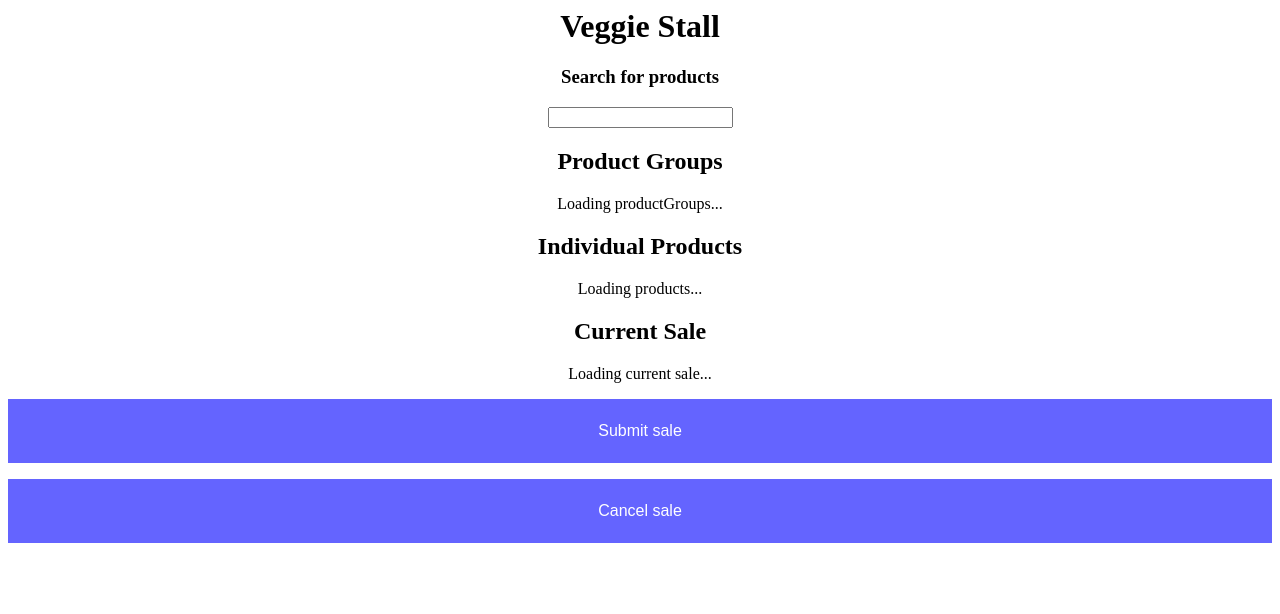
Repository: Keristero/SDV701-Assignment
Page: SDV701-Assignment/mobile-client/client/sale.html
The author's editor kept a record of every edit. The page is drawn from the files as they stood at one moment, then again after the next edit.
The browser window is 1280 px wide. The pictures show the whole page.
The page's requests for data from a server got no answer.

Above is the page before.
Console error (its wording comes from the project's code and is left out).

### SDV701-Assignment/mobile-client/client/sale.html
<head>
    <meta name="viewport" content="width=device-width,height=device-height initial-scale=1">
    <style>
        #div_main{
            text-align:center;
        }
        div{
        }

        .wideButton{
            width:100%;
            margin-top:1em;
            height:4em;
            background-color: rgb(100,100,255);
            border: none;
            text-decoration: none;
            color:white;
            font-size:1em;
        }

        .clsProductGroup{
            border-style: solid;
            border-width: 2px;
            margin-top: 0.5em;
        }

        .clsProduct{
            background-color: rgb(220,240,220);
        }

        .clsSale{
            text-align: left;
            background-color: rgba(100,100,255,0.2);
        }

    </style>
    <script src="cls/clsDbObject.js"></script>
    <script src="cls/clsProduct.js"></script>
    <script src="cls/clsProductGroup.js"></script>
    <script src="cls/clsSale.js"></script>
    <script src="cls/clsSold.js"></script>
    <script src="DatabaseConnector.js"></script>
    <script src="sale.js" defer></script>
</head>

<body>
    <div id="div_main">
        <h1>Veggie Stall</h1>
        <h3>Search for products</h3>
        <p><input type="text" id="txt_searchProducts"></p>
        <h2>Product Groups</h2>
        <div id="div_productGroups">
            Loading productGroups...
        </div>
        <h2>Individual Products</h2>
        <div id="div_products">
            Loading products...
        </div>
        <h2>Current Sale</h2>
        <div id="div_sale">
            Loading current sale...
        </div>
        <button class="wideButton" id="btn_submitSale">Submit sale</button>
        <button class="wideButton" id="btn_cancelSale">Cancel sale</button>
    </div>
</body>

### SDV701-Assignment/mobile-client/client/cls/clsDbObject.js
class clsDbObject {
    constructor(dataObject) {
        for (let property in dataObject) {
            let value = dataObject[property]
            this[property] = value;
        }
        console.log(this)
    }
    getFormattedDateString(dateString){
        let d = new Date(dateString)
        return `${d.getDate()}/${d.getMonth()}/${d.getFullYear()}`
    }
    generateQuickGuid() {
        //Code from https://stackoverflow.com/questions/105034/create-guid-uuid-in-javascript Jeff Ward
        return Math.random().toString(36).substring(2, 15) + Math.random().toString(36).substring(2, 15);
    }
}

### SDV701-Assignment/mobile-client/client/cls/clsProduct.js
/* globals clsDbObject currentSale renderedProductUIDs*/

window.clsProduct = class clsProduct extends clsDbObject{
    constructor(dataObject){
        super(dataObject)

    }
    toHTML(renderedProductUIDs,searchBoxText){
        let str = ""
        //Return early if the product HTML has already been generated
        if(renderedProductUIDs.hasOwnProperty(this.UID)){
            return str
        }
        //Return early if the product name is not in the searchbox
        if(!this.Name.toLowerCase().includes(searchBoxText.toLowerCase())){
            return str
        }

        str+= `<div class=${this.constructor.name} id=${this.UID}>`
        str+= `<h3>${this.Name}</h3>`
        //The section below generates a combo box with all the products price options
        str+= `<select id="sel_${this.UID}">`
        for(let priceID in this.Prices){
            str+= `<option value="${priceID}">${this.Prices[priceID].priceType}</option>`
        }
        str+= `</select>`
        //The section below generates a input box for the quantity
        str+= `<input id="txt_${this.UID}" type="number"></input>`
        str+= `<button id="btn_${this.UID}">Add to order</button>`
        str+= `<p>last updated: ${this.getFormattedDateString(this.LastModified)}</p>`
        str+= `</div>`

        renderedProductUIDs[this.UID] = true;

        return str
    }
    prepareButton(){
        document.getElementById(`btn_${this.UID}`).onclick = (()=>{
            this.addToOrder();
        })
    }
    addToOrder(sale){
        let priceTypeSelector = document.getElementById(`sel_${this.UID}`)
        let priceTypeID = priceTypeSelector.value
        let quantityInputBox = document.getElementById(`txt_${this.UID}`)
        let quantity = quantityInputBox.value
        currentSale.addProduct(this,priceTypeID,quantity)
    }
}

### SDV701-Assignment/mobile-client/client/cls/clsProductGroup.js
/* globals clsDbObject products*/

window.clsProductGroup = class clsProductGroup extends clsDbObject{
    constructor(dataObject){
        super(dataObject)
    }
    get productReferences(){
        let productReferences = {};
        this.ProductUIDs.forEach((productUID)=>{
            if(products.hasOwnProperty(productUID)){
                //If a product with the given id exists (has not been deleted)
                productReferences[productUID] = products[productUID]
            }
        })
        //Return dictionary containing references to product objects indexed by ID
        return productReferences;
    }
    toHTML(renderedProductUIDs,searchBoxText){
        let str = ""
        //Return early if the product name is not in the searchbox
        if(!this.Name.toLowerCase().includes(searchBoxText.toLowerCase())){
            return str
        }
        str+= `<div class=${this.constructor.name} id=${this.UID}>`
        str+= `<h2>${this.Name}</h2>`
        let prodRefs = this.productReferences
        for(let prodID in prodRefs){
            str += prodRefs[prodID].toHTML(renderedProductUIDs,"")
        }
        str+= `</div>`
        return str
    }
}

### SDV701-Assignment/mobile-client/client/cls/clsSale.js
/* globals clsDbObject */

window.clsSale = class clsSale extends clsDbObject{
    constructor(){
        super({})
        this.UID = this.generateQuickGuid()
        this.Total = 0
        this.Date = new Date().toISOString();
        this.Sold = {}
    }
    addProduct(pProduct,priceUID,quantity){
        console.log(`Adding ${pProduct.Name} to sale`)
        let newSoldItem = new clsSold(pProduct.Prices[priceUID],pProduct.UID,quantity)
        console.log("new sold item",newSoldItem);
        this.Sold[newSoldItem.UID] = newSoldItem
        this.Total = this.calculateTotal();
        updateSaleHTML();
    }
    calculateTotal(){
        let newTotal = 0;
        for(let soldID in this.Sold){
            newTotal += this.Sold[soldID].Price*this.Sold[soldID].Quantity
        }
        return newTotal;
    }
    toHTML(){
        let str = ""
        str+= `<div class=${this.constructor.name} id=${this.UID}>`
        str+= `<h3>Order Total = $${this.Total}</h3>`
        for(let soldID in this.Sold){
            str += this.Sold[soldID].toHTML()
        }
        str+= `</div>`
        return str
    }
}

### SDV701-Assignment/mobile-client/client/cls/clsSold.js
/* globals clsDbObject products*/

window.clsSold = class clsSold extends clsDbObject{
    constructor(pPriceObject,pProductUID,pQuantity){
        super({})
        this.UID = this.generateQuickGuid()
        this.Type = pPriceObject.priceType
        this.Price = pPriceObject.priceAmount
        this.Quantity = pQuantity
        this.ProductUID = pProductUID
    }
    toHTML(){
        let str = ""
        str+= `<div class=${this.constructor.name} id=${this.UID}>`
        str+= `<p><b>${products[this.ProductUID].Name}</b> Type<b> ${this.Type} </b>Price<b> $${this.Price}</b></p>`
        str+= `</div>`
        return str
    }
}

### SDV701-Assignment/mobile-client/client/DatabaseConnector.js
class DatabaseConnector {
    constructor(pdatabaseURL) {
        this.databaseURL = pdatabaseURL || 'https://veggiestall-database-keristero.c9users.io'
    }
    request(requestType, path, data) {
        return new Promise((resolve, reject) => {
            let XHR = new XMLHttpRequest();
            let searchParams = new URLSearchParams();

            // Push our data into our FormData object
            for (let name in data) {
                console.log(name, data[name])
                searchParams.append(name, JSON.stringify(data[name]));
            }
            // Define what happens in case of error
            XHR.addEventListener('error', function(event) {
                alert('Oops! Something went wrong.');
                reject(event)
            });
            XHR.onreadystatechange = function() {
                if (XHR.readyState === 4) {
                    let parsedResponse = JSON.parse(XHR.response)
                    resolve(parsedResponse);
                }
            }
            // Set up our request
            XHR.open(requestType, this.databaseURL + path);

            // Send our FormData object; HTTP headers are set automatically
            XHR.send(searchParams);
        })
    }
    getData(path) {
        return new Promise((resolve, reject) => {
            this.request("GET", path).then((result) => {
                console.log(result)
                resolve(result);
            })
        })
    }
    putData(path, key, value) {
        return new Promise((resolve, reject) => {
            this.request("PUT", path, { key: key, value: value }).then((result) => {
                console.log(result)
                resolve(result);
            })
        })
    }
    postData(path, key, value) {
        return new Promise((resolve, reject) => {
            this.request("POST", path, { key: key, value: value }).then((result) => {
                console.log(result)
                resolve(result);
            })
        })
    }
    initializeObjectsIntoDictionary(pObjects, pClassname) {
        //accepts a generic js object in the shape of a dictionary, and the classnames to init
        //returns a initialized dictionary
        let newDictionary = {};
        for (let key in pObjects) {
            newDictionary[key] = new window[pClassname](pObjects[key])
        }
        return newDictionary;
    }

}

### SDV701-Assignment/mobile-client/client/sale.js
/* globals DatabaseConnector clsSale*/
let DB = new DatabaseConnector();

let products;
let productGroups;
let renderedProductUIDs = {};
let currentSale = new clsSale();

//Content divs
let div_productGroups = document.getElementById("div_productGroups");
let div_products = document.getElementById("div_products");
let div_sale = document.getElementById("div_sale");

//Search box
let txt_searchProducts = document.getElementById("txt_searchProducts");
let searchBoxText = "";
txt_searchProducts.onkeyup = ()=>{
    updateAllProductsHTML()
}
txt_searchProducts.onfocus = ()=>{
    txt_searchProducts.value = ""
}

//Buttons
document.getElementById("btn_submitSale").onclick = ()=>{
    submitSale();
};

document.getElementById("btn_cancelSale").onclick = ()=>{
    cancelSale();
};

//Get notices
DB.getData("/products").then((pResult)=>{
   let dataObjects = pResult.data;

   products = DB.initializeObjectsIntoDictionary(dataObjects,"clsProduct")

   //Get product gorups
    DB.getData("/productGroups").then((pResult)=>{
       let dataObjects = pResult.data;

       productGroups = DB.initializeObjectsIntoDictionary(dataObjects,"clsProductGroup")

       updateHTML()
    })

})

//Display notices
function updateHTML(){

    updateAllProductsHTML()

    updateSaleHTML()

}

function updateAllProductsHTML(){
    searchBoxText = txt_searchProducts.value
    updateProductGroupHTML()
    updateProductsHTML()

    //prepare generated buttons
    for(let property in renderedProductUIDs){
       products[property].prepareButton()
    }
}

function updateProductGroupHTML(){
    renderedProductUIDs = {};
    let productGroupsHTML = ""

    //Generate product html
    for(let property in productGroups){
       productGroupsHTML += productGroups[property].toHTML(renderedProductUIDs,searchBoxText)
    }

    div_productGroups.innerHTML = productGroupsHTML;
}

function updateProductsHTML(){
    let productsHTML = ""

    //Generate product html
    for(let property in products){
       productsHTML += products[property].toHTML(renderedProductUIDs,searchBoxText)
    }

    div_products.innerHTML = productsHTML;
}

function updateSaleHTML(){
    div_sale.innerHTML = currentSale.toHTML();
}

function cancelSale(){
    currentSale = new clsSale();
    updateSaleHTML()
}

function submitSale(){
    if(currentSale.Total > 0){
        console.log('Submitting sale')
        DB.putData("/sales",currentSale.UID,currentSale)
        //Clear the current sale
        currentSale = new clsSale();
        updateSaleHTML()
        alert("Sale submitted to database")
    }else{
        alert("Sale is empty, Add products to sale before submitting")
    }
}

After the next edit:
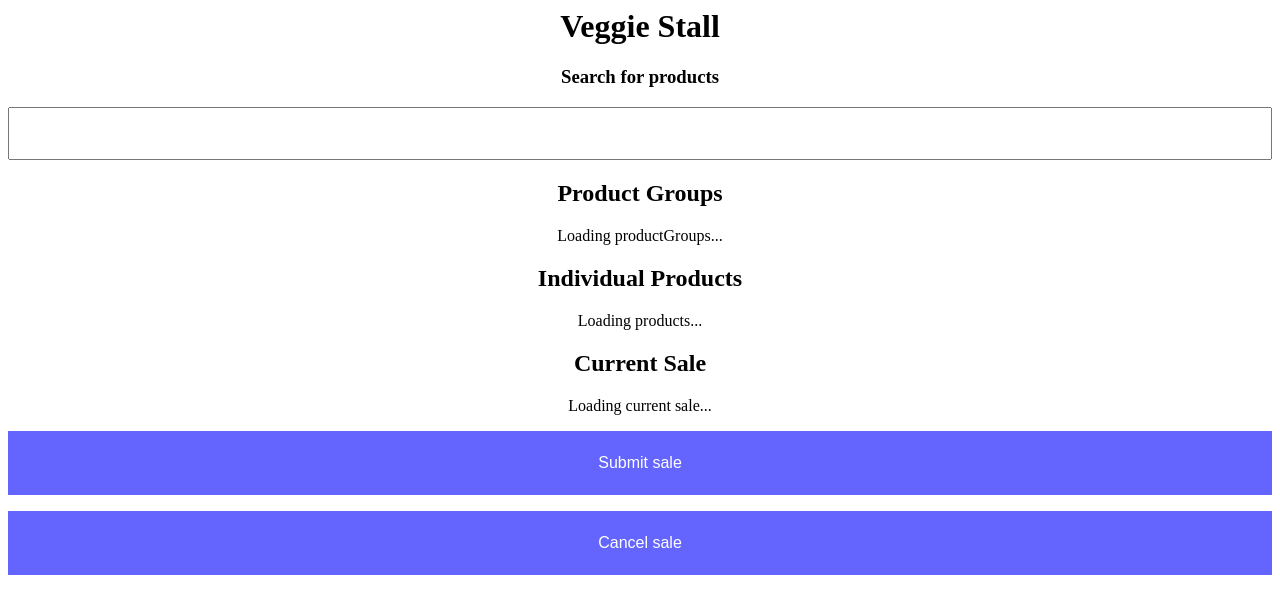
The edit:
--- a/SDV701-Assignment/mobile-client/client/sale.html
+++ b/SDV701-Assignment/mobile-client/client/sale.html
@@ -3,6 +3,11 @@
     <style>
         #div_main{
             text-align:center;
+        }
+        #txt_searchProducts{
+            width:100%;
+            height:4em;
+            font-size 4em;
         }
         div{
         }
